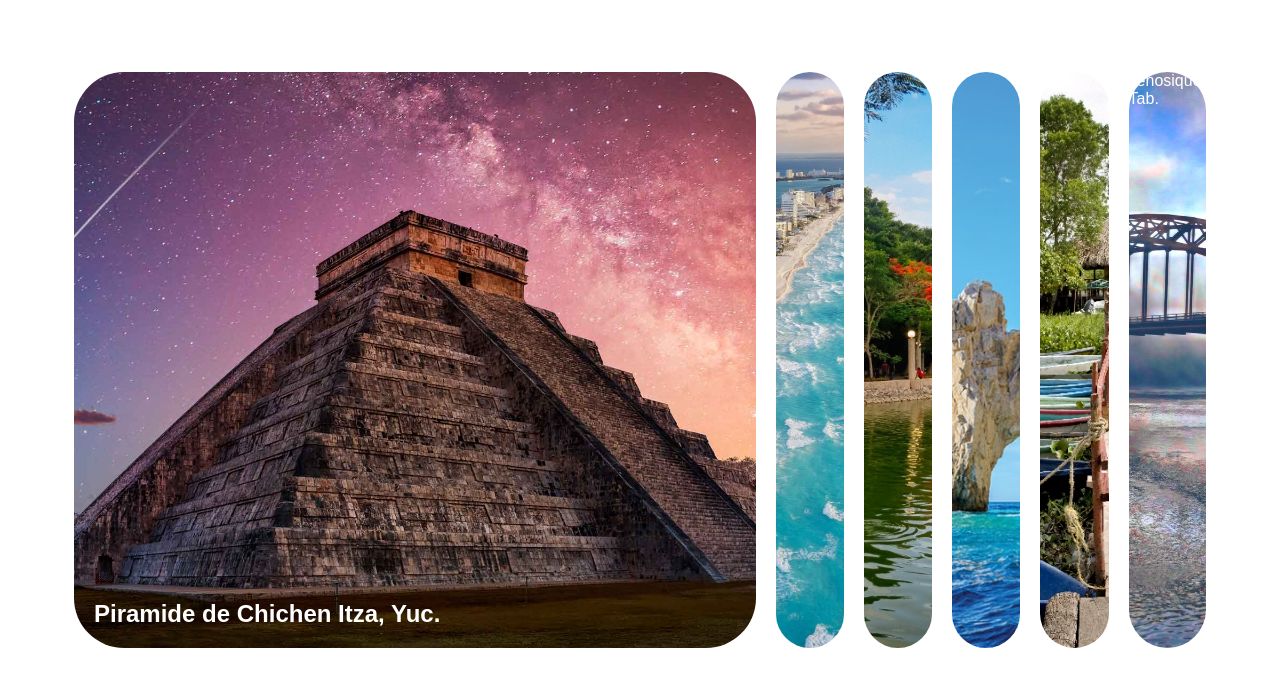
Repository: ElideZavala/Tarjetas-de-Imagenes
Page: index.html
An editor plug-in stored every save of this project. The page is shown before and after the next save, followed by the edit.
The browser window is 1280 px wide. The page is 1280 px wide, then 1282 px, so the pictures cover 1282 px, including what lies to the right of the window. The pictures show the whole page.
Some web fonts or font styles are not loaded; a fallback is used.

Above is the page before, as saved 2021-05-27 10:47:25.

### index.html
<!DOCTYPE html>
<html lang="es">
<head>
	<meta charset="UTF-8">
	<meta http-equiv="X-UA-Compatible" content="IE=edge">
	<meta name="viewport" content="width=device-width, initial-scale=1.0">
	<!-- <link rel="stylesheet" href="https://cdnjs.cloudflare.com/ajax/libs/font-awesome/5.15.3/css/all.min.css" integrity="sha512-iBBXm8fW90+nuLcSKlbmrPcLa0OT92xO1BIsZ+ywDWZCvqsWgccV3gFoRBv0z+8dLJgyAHIhR35VZc2oM/gI1w==" crossorigin="anonymous" referrerpolicy="no-referrer" /> -->
	<title>Fotos e Imagenes</title>
	<link rel="stylesheet" href="normalize.css">
	<link rel="stylesheet" href="./style.css">
</head>
<body>
	<div class="container">
		<div class="panel active" style="background-image: url(./assets/imagenes/piramide\ maya.jpg);">
			<h3>Piramide de Chichen Itza, Yuc.  </h3>
		</div>
		<div class="panel" style="background-image: url(./assets/imagenes/cancun.jpg);">
			<h3>Cancun, QR.</h3>
		</div>
		<div class="panel" style="background-image: url(./assets/imagenes/Villahermosa.jpg);">
			<h3>Villahermosa, Tab.</h3>
		</div>
		<div class="panel" style="background-image: url(./assets/imagenes/los-cabos.jpg);">
			<h3>Los cabos, BC.</h3>
		</div>
		<div class="panel" style="background-image: url(./assets/imagenes/TabascoHome3_960x651.jpg);">
			<h3>Pantanos de centla, Tab.</h3>
		</div>
		<div class="panel" style="background-image: url(./assets/imagenes/boca\ del\ cerro.jpg)";
			<h3>Tenosique, Tab.</h3>
		</div>

	</div>

	<script src="script.js"></script>
</body>
</html>

### style.css
@import url('https://fonts.googleapis.com/css?family=Muli&display=swap');

* {
	box-sizing: border-box;
}

body {
	font-family: 'Muli', sans-serif;
	display: flex;
	flex-direction: column;
	align-items: center;
	justify-content: center;
	height: 100vh;
	overflow: hidden;
	margin: 0;
}

.container {
	display: flex;
	width: 90vw;
}

.panel {
	background-size: cover;
	background-position: center;
	background-repeat: no-repeat;
	height: 80vh;
	border-radius: 50px;
	color: #fff;
	cursor: pointer;
	flex: 0.5;
	margin: 10px;
	position: relative;
	transition: flex 0.7s ease-in;
}

.panel h3 {
	font-size: 24px;
	position: absolute;
	bottom: 20px;
	left: 20px;
	margin: 0;
	opacity: 0;
}

.panel.active {
	flex: 5;
}

.panel.active h3 {
	opacity: 1;
	transition: opacity 0.3s ease-in 0.4s;
}

@media (max-width: 480px) {
	.container {
		width: 100vw;
	}

	.panel:nth-of-type(4),
	.panel:nth-of-type(5),
	.panel:nth-of-type(6) {
		display: none;
	}
}

### script.js
const panels = document.querySelectorAll('.panel');

panels.forEach(panel => {
	panel.addEventListener('click', () => {
		removeActiveClasses();
		panel.classList.add('active');
	});
});

function removeActiveClasses() {
	panels.forEach(panel => {
		panel.classList.remove('active');
	})
}

Loaded but not shown: normalize.css (library)

After the next save:
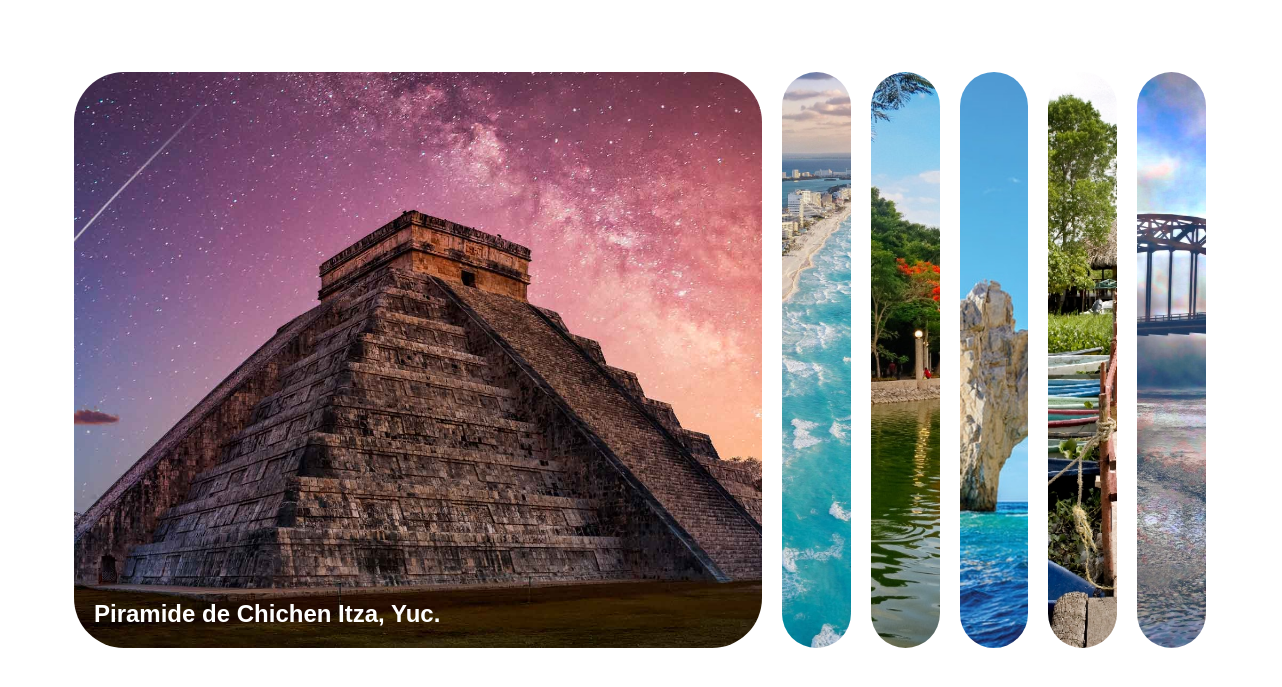
Saved 41 s later.
--- a/index.html
+++ b/index.html
@@ -26,7 +26,7 @@
 		<div class="panel" style="background-image: url(./assets/imagenes/TabascoHome3_960x651.jpg);">
 			<h3>Pantanos de centla, Tab.</h3>
 		</div>
-		<div class="panel" style="background-image: url(./assets/imagenes/boca\ del\ cerro.jpg)";
+		<div class="panel" style="background-image: url(./assets/imagenes/boca\ del\ cerro.jpg)">
 			<h3>Tenosique, Tab.</h3>
 		</div>
 
